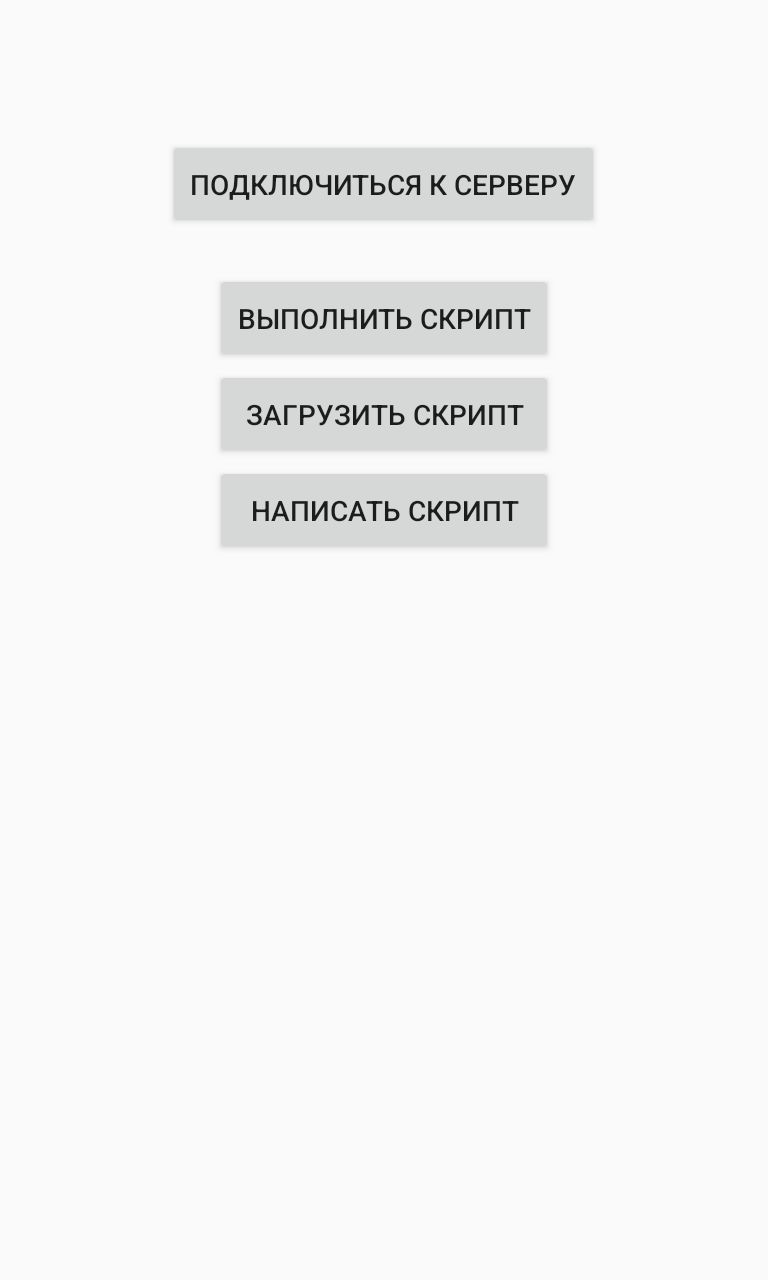
Repository: Laboratory711/Nightjar
Layout: android/Nightjar/workspace/Nightjar/res/layout/fragment_lab1.xml
An editor plug-in stored every save of this project. The layout is shown before and after the next save, followed by the edit.
It is drawn on a 768 x 1280 px phone screen (xhdpi) without system bars, with theme AppTheme; the app's code is not run.

Above is the layout before, as saved 2014-03-27 01:04:32.

### android/Nightjar/workspace/Nightjar/res/layout/fragment_lab1.xml
<RelativeLayout xmlns:android="http://schemas.android.com/apk/res/android"
    xmlns:tools="http://schemas.android.com/tools"
    android:layout_width="match_parent"
    android:layout_height="match_parent"
    android:paddingBottom="@dimen/activity_vertical_margin"
    android:paddingLeft="@dimen/activity_horizontal_margin"
    android:paddingRight="@dimen/activity_horizontal_margin"
    android:paddingTop="@dimen/activity_vertical_margin"
    tools:context="ru.vint.labsoo.Lab1$PlaceholderFragment" >

    <TextView
        android:id="@+id/textView2"
        android:layout_width="wrap_content"
        android:layout_height="wrap_content"
        android:layout_below="@+id/button1"
        android:layout_centerHorizontal="true"
        android:text="@string/TV_text" />

    <Button
        android:id="@+id/button2"
        android:layout_width="wrap_content"
        android:layout_height="wrap_content"
        android:layout_below="@+id/textView2"
        android:layout_centerHorizontal="true"
        android:text="@string/text_buttom2_Name" />

    <Button
        android:id="@+id/button3"
        android:layout_width="wrap_content"
        android:layout_height="wrap_content"
        android:layout_alignLeft="@+id/button2"
        android:layout_alignRight="@+id/button2"
        android:layout_below="@+id/button2"
        android:text="@string/text_buttom3_Name" />

    <Button
        android:id="@+id/button4"
        android:layout_width="wrap_content"
        android:layout_height="wrap_content"
        android:layout_alignLeft="@+id/button3"
        android:layout_alignRight="@+id/button3"
        android:layout_below="@+id/button3"
        android:text="@string/text_buttom4_Name" />

    <Button
        android:id="@+id/button1"
        android:layout_width="wrap_content"
        android:layout_height="wrap_content"
        android:layout_alignParentTop="true"
        android:layout_centerHorizontal="true"
        android:layout_marginTop="52dp"
        android:onClick="onClickButtom1"
        android:text="@string/text_buttom_Name" />

</RelativeLayout>

### android/Nightjar/workspace/Nightjar/res/values/strings.xml
<?xml version="1.0" encoding="utf-8"?>
<resources xmlns:android="http://schemas.android.com/apk/res/android">

    <string name="app_name">LabSOO</string>
    <string name="hello_world">Hello world!</string>
    <string name="action_settings">Настройки</string>
    <string android:layout_width="wrap_content" android:id="@+id/string1" android:layout_height="wrap_content" name="text_IP">IP Адрес сервера</string>
    <string android:id="@+id/string2" android:layout_height="wrap_content" android:layout_width="wrap_content" name="text_Port">Адрес порта</string>
    <string android:id="@+id/string3" android:layout_height="wrap_content" android:layout_width="wrap_content" name="text_buttom_Name">Подключиться к серверу</string>
    <string android:id="@+id/string4" android:layout_height="wrap_content" android:layout_width="wrap_content" name="TV_text"></string>
    <string android:id="@+id/string5" android:layout_height="wrap_content" android:layout_width="wrap_content" name="text_pref_app">Приложение написано группой студентов.</string>
	<string android:id="@+id/string6" android:layout_height="wrap_content" android:layout_width="wrap_content" name="text_buttom2_Name">Выполнить скрипт</string>
	<string android:id="@+id/string7" android:layout_height="wrap_content" android:layout_width="wrap_content" name="text_buttom3_Name">Загрузить скрипт</string>
	<string android:id="@+id/string8" android:layout_height="wrap_content" android:layout_width="wrap_content" name="text_buttom4_Name">Написать скрипт</string>
	<string name="pref_IP">IP_adres</string>
	<string name="pref_App">App</string>
	<string name="pref_Port">Prot</string>
</resources>

Loaded but not shown: android/Nightjar/workspace/Nightjar/res/values/styles.xml (common file); android/Nightjar/workspace/Nightjar/res/values-v11/styles.xml (common file); android/Nightjar/workspace/Nightjar/res/values-v14/styles.xml (common file); android/Nightjar/workspace/Nightjar/res/values/dimens.xml (common file); android/Nightjar/workspace/Nightjar/res/values-w820dp/dimens.xml (common file)

After the next save:
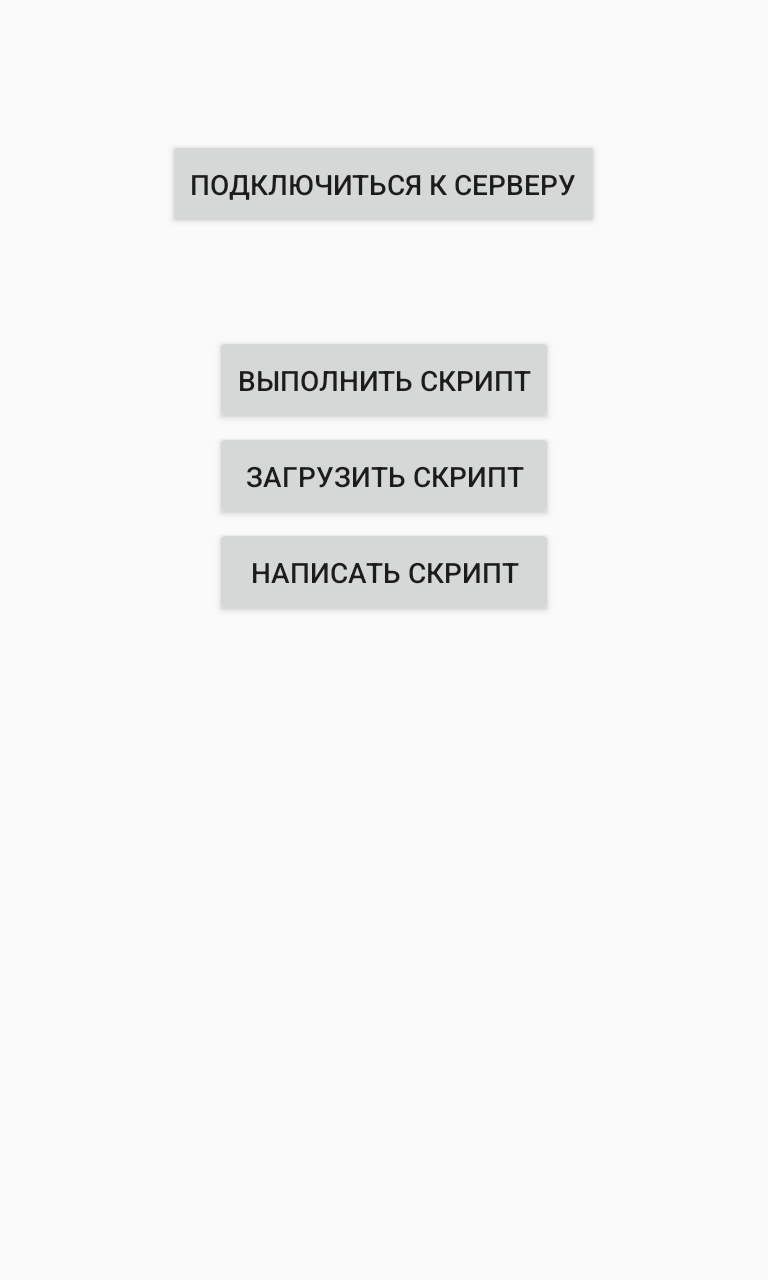
Saved 6 min 5 s later.
--- a/android/Nightjar/workspace/Nightjar/res/layout/fragment_lab1.xml
+++ b/android/Nightjar/workspace/Nightjar/res/layout/fragment_lab1.xml
@@ -7,22 +7,6 @@
     android:paddingRight="@dimen/activity_horizontal_margin"
     android:paddingTop="@dimen/activity_vertical_margin"
     tools:context="ru.vint.labsoo.Lab1$PlaceholderFragment" >
-
-    <TextView
-        android:id="@+id/textView2"
-        android:layout_width="wrap_content"
-        android:layout_height="wrap_content"
-        android:layout_below="@+id/button1"
-        android:layout_centerHorizontal="true"
-        android:text="@string/TV_text" />
-
-    <Button
-        android:id="@+id/button2"
-        android:layout_width="wrap_content"
-        android:layout_height="wrap_content"
-        android:layout_below="@+id/textView2"
-        android:layout_centerHorizontal="true"
-        android:text="@string/text_buttom2_Name" />
 
     <Button
         android:id="@+id/button3"
@@ -52,4 +36,22 @@
         android:onClick="onClickButtom1"
         android:text="@string/text_buttom_Name" />
 
+    <TextView
+        android:id="@+id/textView2"
+        android:layout_width="wrap_content"
+        android:layout_height="wrap_content"
+        android:layout_below="@+id/button1"
+        android:layout_centerHorizontal="true"
+        android:layout_marginTop="17dp"
+        android:text="@string/TV_text" />
+
+    <Button
+        android:id="@+id/button2"
+        android:layout_width="wrap_content"
+        android:layout_height="wrap_content"
+        android:layout_below="@+id/textView2"
+        android:layout_centerHorizontal="true"
+        android:layout_marginTop="14dp"
+        android:text="@string/text_buttom2_Name" />
+
 </RelativeLayout>
